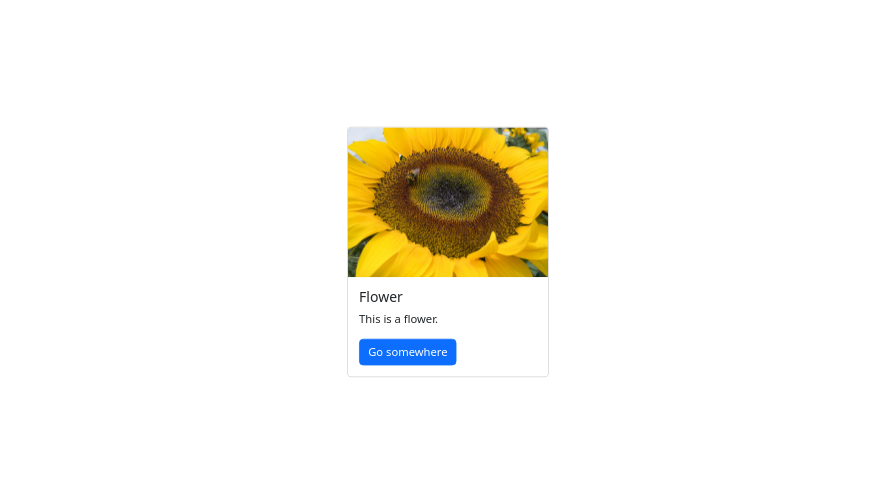
Repository: Stamkopoulos/The-Complete-2023-Web-Development-Bootcamp
Page: CSS and Bootstrap/11.0+Bootstrap+Intro/11.0 Bootstrap Intro/index.html
The author's editor kept a copy of each file at every save. The page is drawn from the files as they stood at one save, then again after the next save.
The browser window is 1280 px wide. The pictures show the part of the page from y = 0 to 1920 px (the page is 720 px tall before and 7200 px after), at 70% of full size.

Above is the page before, as saved 2024-02-29 19:30:51.

### CSS and Bootstrap/11.0+Bootstrap+Intro/11.0 Bootstrap Intro/index.html
<!DOCTYPE html>
<html lang="en">
  <head>
    <meta charset="utf-8" />
    <meta name="viewport" content="width=device-width, initial-scale=1" />
    <title>Bootstrap</title>
    <!-- TODO 1: Add the Bootstrap link here. -->
    <link
      href="https://cdn.jsdelivr.net/npm/bootstrap@5.3.3/dist/css/bootstrap.min.css"
      rel="stylesheet"
      integrity="sha384-QWTKZyjpPEjISv5WaRU9OFeRpok6YctnYmDr5pNlyT2bRjXh0JMhjY6hW+ALEwIH"
      crossorigin="anonymous"
    />

    <style>
      /* TODO 4: Use flexbox to center the card in the vertical and horizontal center. */
      .flex-container {
        display: flex;
        justify-content: center;
        align-items: center;
        height: 100dvh;
      }
    </style>
  </head>

  <body>
    <div class="flex-container">
      <!-- TODO 2: Add the Bootstrap Prebuilt Card here -->
      <div class="card" style="width: 18rem">
        <img src="flower.jpg" class="card-img-top" alt="..." />
        <div class="card-body">
          <h5 class="card-title">Flower</h5>
          <p class="card-text">This is a flower.</p>
          <a href="#" class="btn btn-primary">Go somewhere</a>
        </div>
      </div>

      <!-- TODO 3: Change the image src to display the flower.jpg image. -->
    </div>
  </body>
</html>

After the next save:
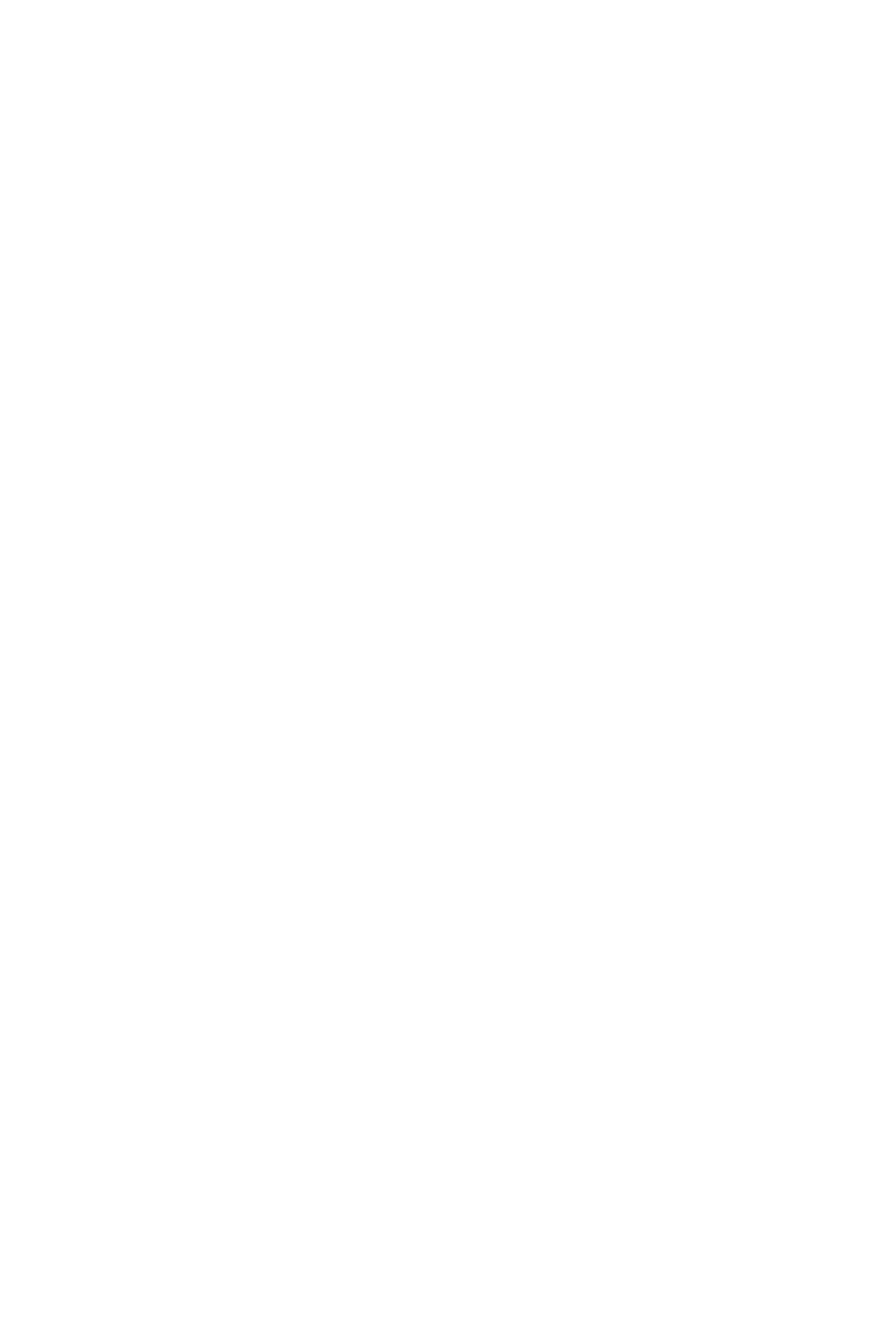
Saved 5 s later.
--- a/CSS and Bootstrap/11.0+Bootstrap+Intro/11.0 Bootstrap Intro/index.html
+++ b/CSS and Bootstrap/11.0+Bootstrap+Intro/11.0 Bootstrap Intro/index.html
@@ -18,7 +18,7 @@
         display: flex;
         justify-content: center;
         align-items: center;
-        height: 100dvh;
+        height: 1000vh;
       }
     </style>
   </head>

After the save that followed:
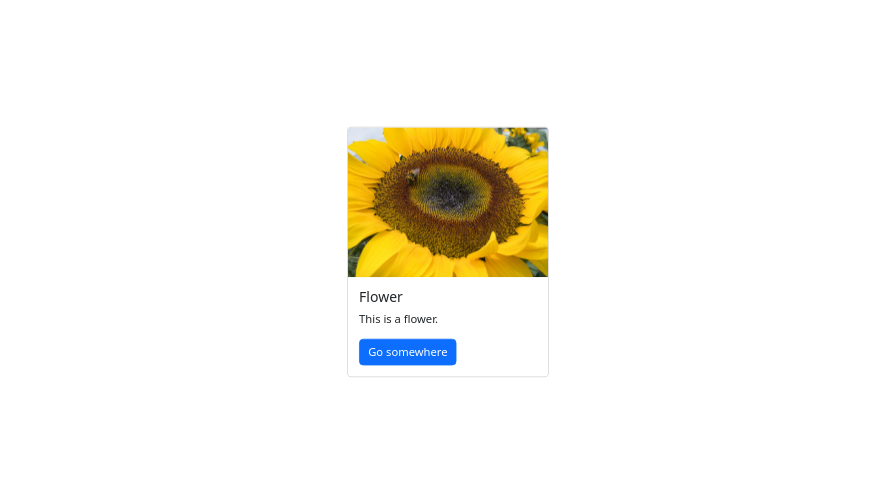
Saved 4 s later.
--- a/CSS and Bootstrap/11.0+Bootstrap+Intro/11.0 Bootstrap Intro/index.html
+++ b/CSS and Bootstrap/11.0+Bootstrap+Intro/11.0 Bootstrap Intro/index.html
@@ -18,7 +18,7 @@
         display: flex;
         justify-content: center;
         align-items: center;
-        height: 1000vh;
+        height: 100vh;
       }
     </style>
   </head>
